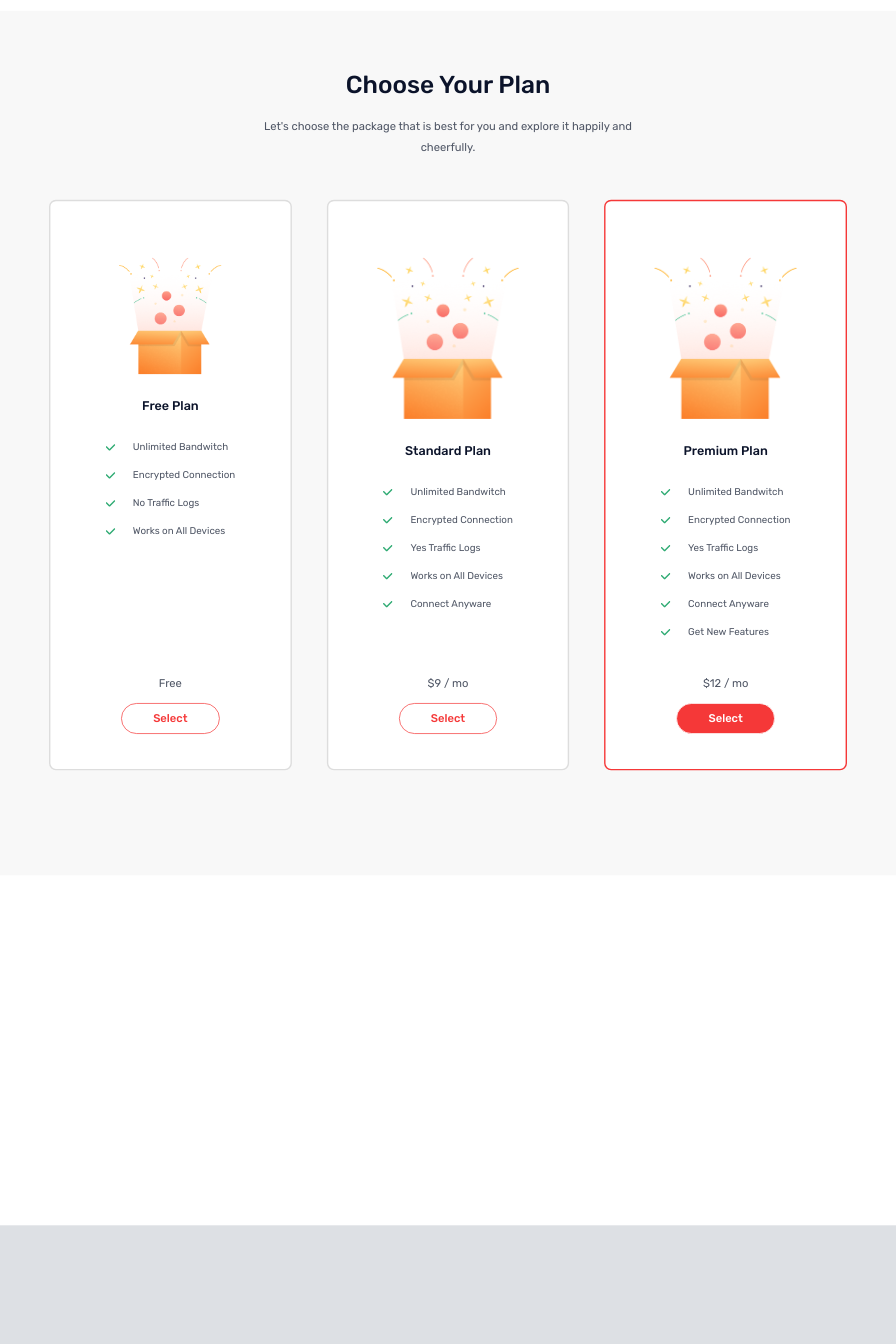
Repository: dangpham205/LaslesVPN-Landing-Page
Page: index.html
These files come from the project's save history. The page is drawn as it stood at one moment and after the next save; the edit follows.
The browser window is 1280 px wide. The pictures show the part of the page from y = 1439 to 3359 px (the page is 3359 px tall before and 3295 px after), at 70% of full size.

Above is the page before, as saved 2022-07-20 15:32:04.

After the next save:
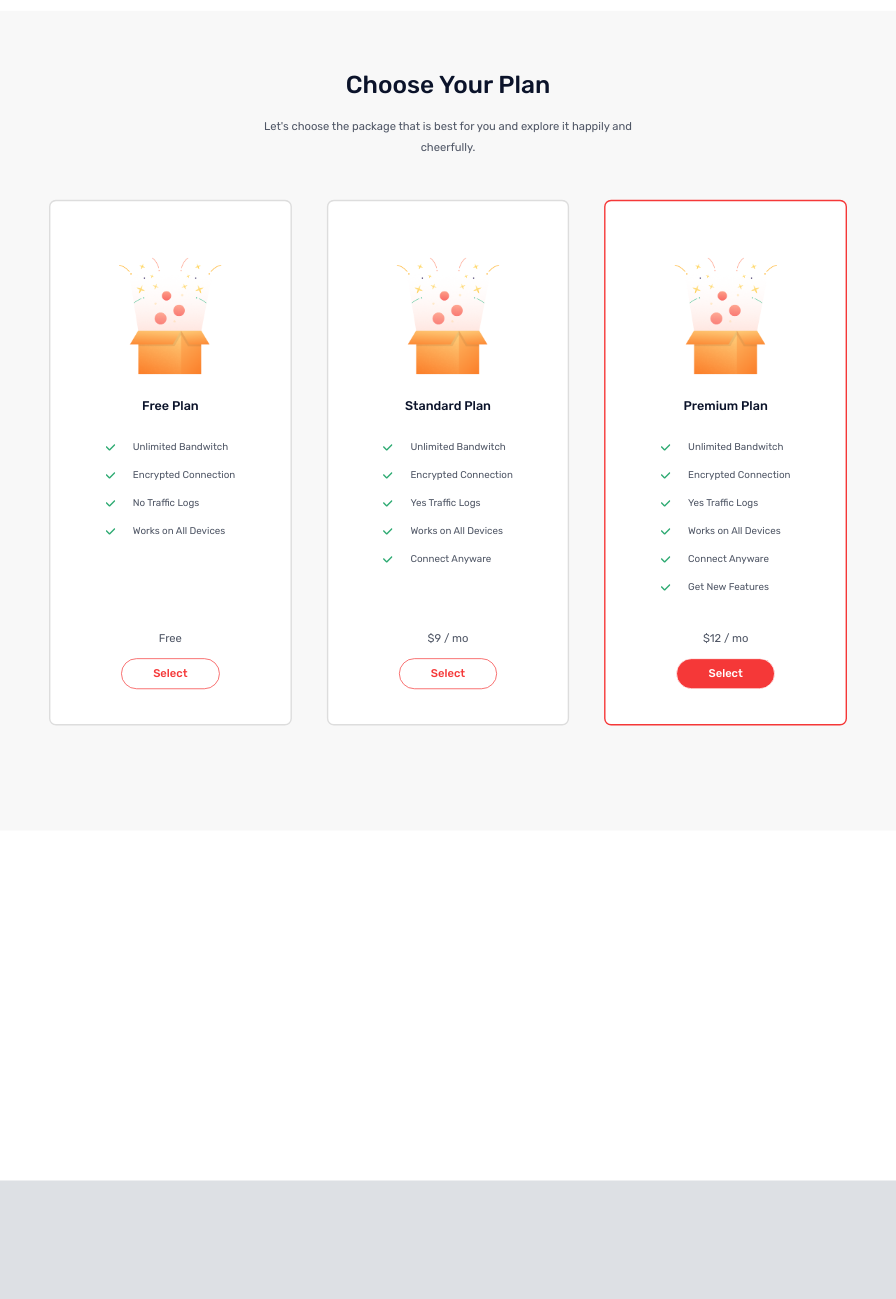
Saved 13 s later.
--- a/index.html
+++ b/index.html
@@ -171,7 +171,7 @@
                             </div>
                             <div class="plan__item">
                                 <div class="plan__item-image">
-                                    <img src="" alt="" srcset="./assets/img/plan.png">
+                                    <img src="" alt="" srcset="./assets/img/plan.png 2x">
                                 </div>
                                 <h4 class="plan__item-title heading-small">Standard Plan</h4>
                                 <ul class="plan__item-details">
@@ -201,7 +201,7 @@
                             </div>
                             <div class="plan__item plan__item--active">
                                 <div class="plan__item-image">
-                                    <img src="" alt="" srcset="./assets/img/plan.png">
+                                    <img src="" alt="" srcset="./assets/img/plan.png 2x">
                                 </div>
                                 <h4 class="plan__item-title heading-small">Premium Plan</h4>
                                 <ul class="plan__item-details">
